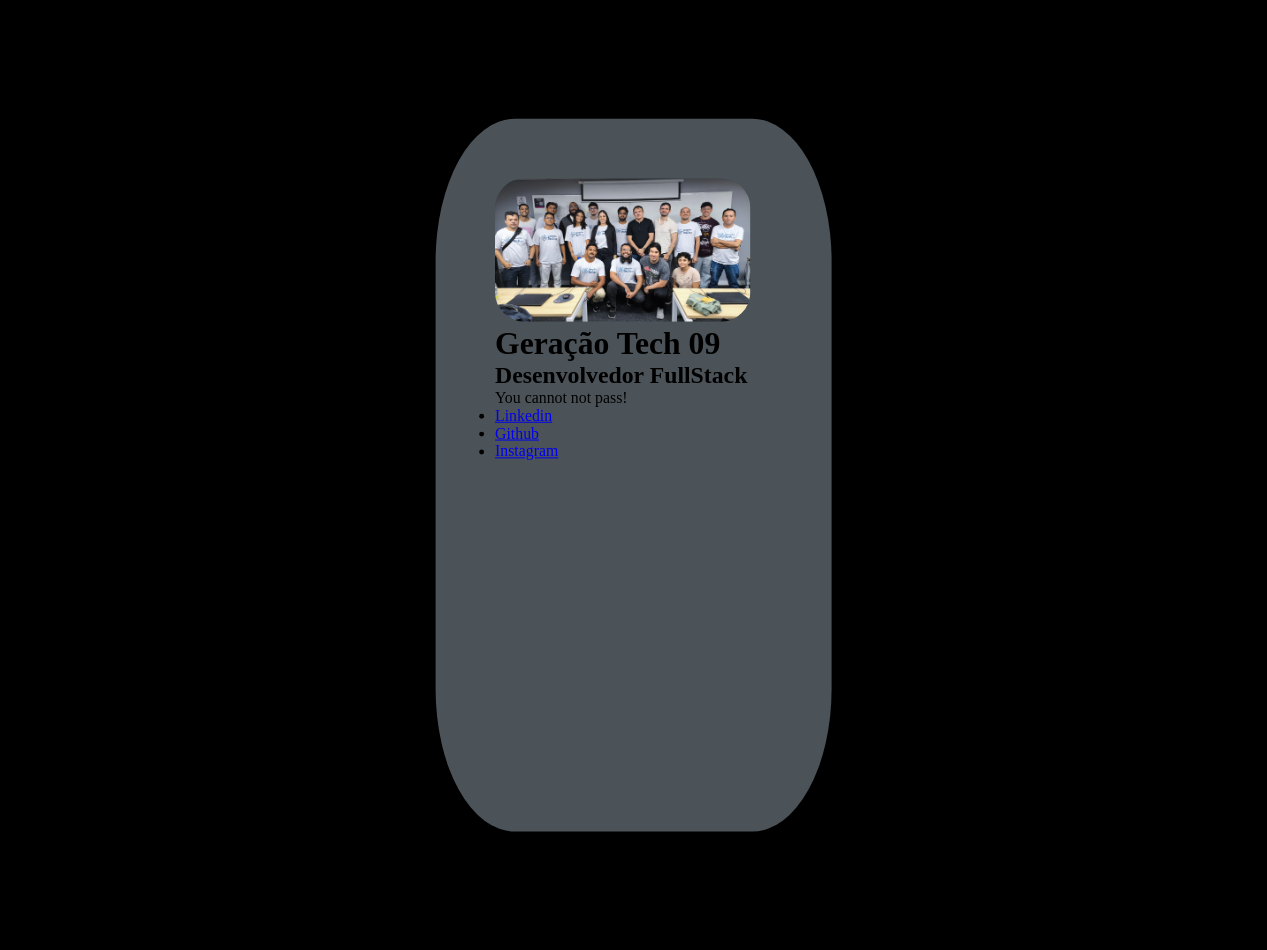
Repository: geracao-09/linktree-gt9
Page: index.html
An editor plug-in stored every save of this project. The page is shown before and after the next save, followed by the edit.
The browser window is 1280 px wide. The pictures show the whole page, at 99% of full size.

Above is the page before, as saved 2025-04-10 10:53:59.

### index.html
<!DOCTYPE html>
<html lang="pt-br">
<head>
    <meta charset="UTF-8">
    <meta name="viewport" content="width=device-width, initial-scale=1.0">
    <title>Linktree do GT09</title>
    <link rel="stylesheet" href="style.css">
</head>
<body>
    <div class="container-main">
        <div class="container-image">
            <img src="./assets/image-profile.jpg" alt="Foto dos top 25 geracao tech" />
        </div>
        <div class="container-infos">
            <h1>Geração Tech 09</h1>
            <h2>Desenvolvedor FullStack</h2>
        </div>
        <div class="container-easter-egg">
            <p>You cannot not pass!</p>
        </div>
        <div class="container-social-links">
            <ul>
                <li>
                    <a href="https://www.linkedin.com/in/cesar-hideki-nagano-326b75115/" target="_blank">
                        Linkedin
                    </a>
                </li>
                <li>
                    <a href="https://github.com/geracao-09" target="_blank">
                        Github
                    </a>
                </li>
                <li>
                    <a href="https://www.instagram.com/hidekina/" target="_blank">
                        Instagram
                    </a>
                </li>
            </ul>
        </div>
    </div>
</body>
</html>

### style.css
* {
    margin: 0;
    padding: 0;
    box-sizing: border-box;
}

body {
    background-color: #000000;
}

.container-main {
    background-color: #4B5358;
    width: 400px;
    height: 720px;
    box-sizing: border-box;
    margin: 120px auto;
    padding: 60px;
    border-radius: 20%;
}

.container-image {
    width: 56px;

    & img {
        width: 258px;
        border-radius: 30px;
    }
}

After the next save:
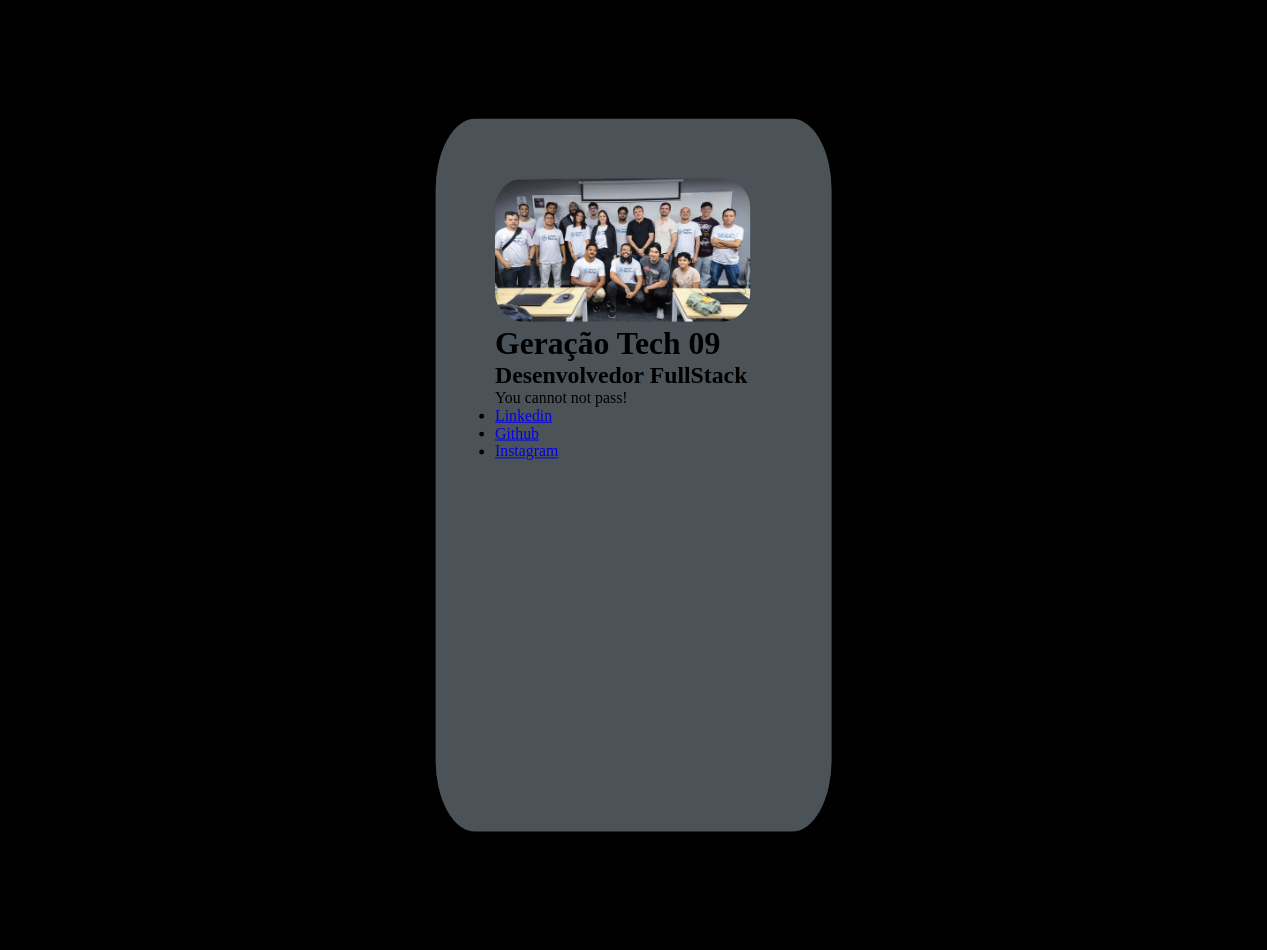
Saved 6 s later.
--- a/style.css
+++ b/style.css
@@ -15,7 +15,7 @@
     box-sizing: border-box;
     margin: 120px auto;
     padding: 60px;
-    border-radius: 20%;
+    border-radius: 10%;
 }
 
 .container-image {
